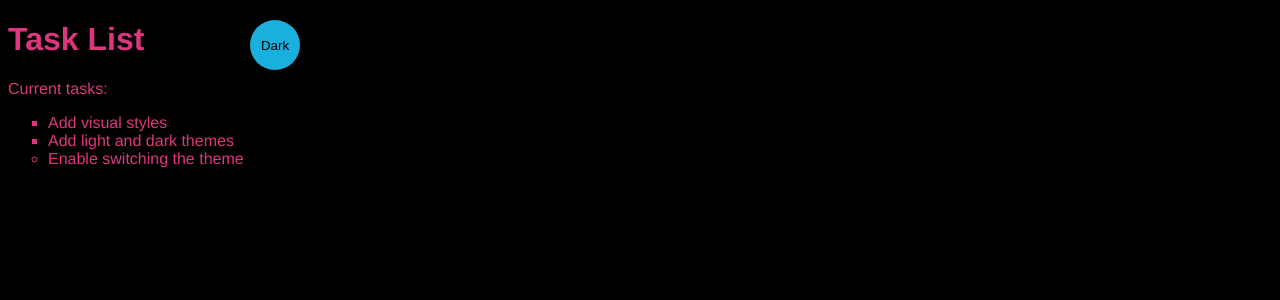
Repository: MaggieMengXingchen/Class-4
Page: index.html
An editor plug-in stored every save of this project. The page is shown before and after the next save, followed by the edit.
The browser window is 1280 px wide. The pictures show the whole page.

Above is the page before, as saved 2024-02-20 15:11:17.

After the next save:
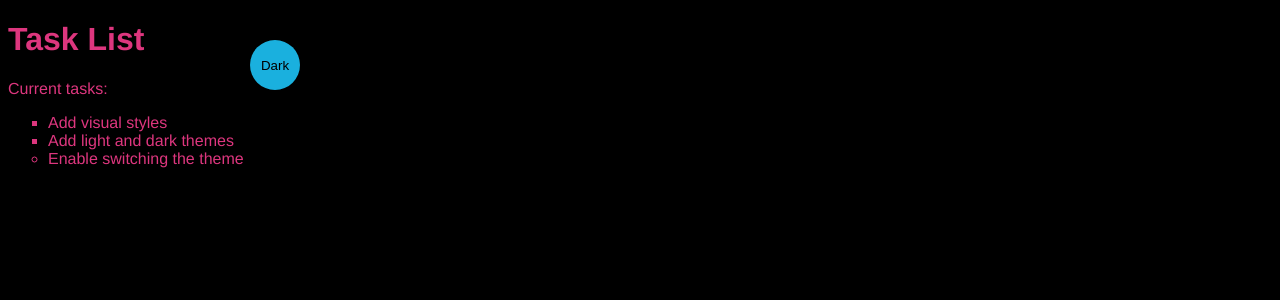
Saved 2 min 55 s later.
--- a/main.css
+++ b/main.css
@@ -17,7 +17,7 @@ li {
 }
 .btn {
     position: absolute; /* 设置按钮位置为绝对定位 */
-    top: 20px; /* 设置按钮距离顶部20像素 */
+    top: 40px; /* 设置按钮距离顶部20像素 */
     left: 250px; /* 设置按钮距离左边250像素 */
     height: 50px; /* 设置按钮高度为50像素 */
     width: 50px; /* 设置按钮宽度为50像素 */
